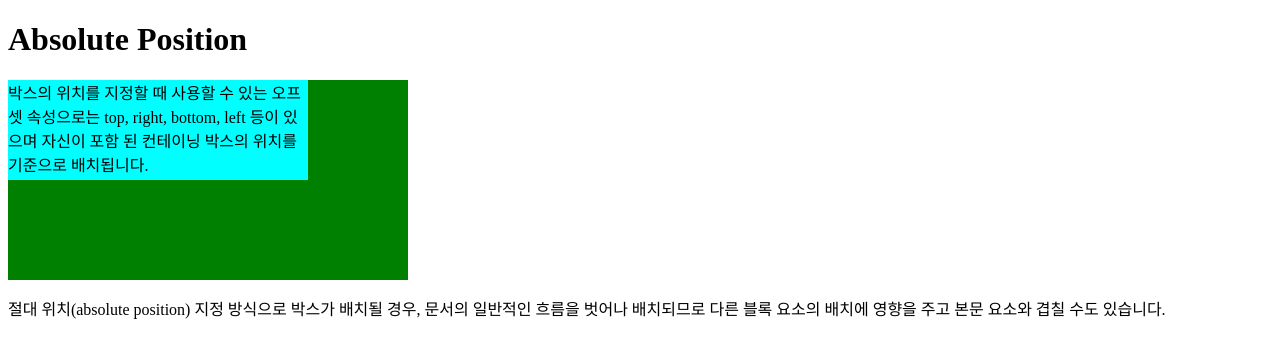
Repository: RyuJelly/java_web
Page: CSS/WebContent/exam2/3-5-10.html
An editor plug-in stored every save of this project. The page is shown before and after the next save, followed by the edit.
The browser window is 1280 px wide. The pictures show the whole page.

Above is the page before, as saved 2021-03-08 02:20:17.

### CSS/WebContent/exam2/3-5-10.html
<!DOCTYPE html PUBLIC "-//W3C//DTD XHTML 1.0 Transitional//EN" "http://www.w3.org/TR/xhtml1/DTD/xhtml1-transitional.dtd">
<html xmlns="http://www.w3.org/1999/xhtml" xml:lang="ko" >
<head>
	<title>absolute position을 이용한 박스의 배치</title>
	<meta http-equiv="content-type" content="text/html; charset=euc-kr" />
	<style type="text/css">
			.abs{
				width: 300px;
				height: 100px;
				background-color: aqua;
			}

			div{
				width: 400px;
				height: 200px;
				background-color: green;
			}
	</style>
</head>
<body>
	<h1>Absolute Position</h1>
	<div>
		<p class="abs">박스의 위치를 지정할 때 사용할 수 있는 오프셋 속성으로는 top, right, bottom, left 등이 있으며 자신이 포함 된 컨테이닝 박스의 위치를 기준으로 배치됩니다.</p>
	</div>
	<p>절대 위치(absolute position) 지정 방식으로 박스가 배치될 경우, 문서의 일반적인 흐름을 벗어나 배치되므로 다른 블록 요소의 배치에 영향을 주고 본문 요소와 겹칠 수도 있습니다.</p>
</body>
</html>

After the next save:
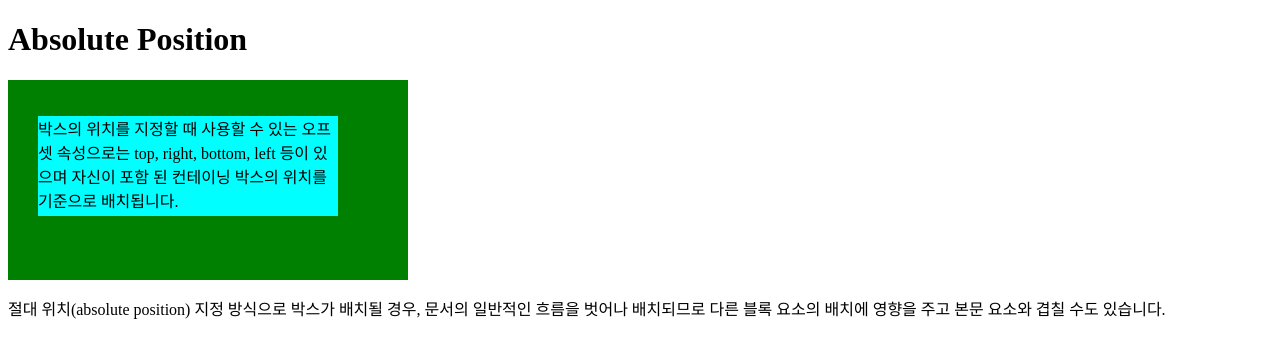
Saved 3 min 34 s later.
--- a/CSS/WebContent/exam2/3-5-10.html
+++ b/CSS/WebContent/exam2/3-5-10.html
@@ -8,12 +8,16 @@
 				width: 300px;
 				height: 100px;
 				background-color: aqua;
+				top: 20px;
+				left: 30px;
+				position: absolute;
 			}
 
 			div{
 				width: 400px;
 				height: 200px;
 				background-color: green;
+				position: relative;
 			}
 	</style>
 </head>
